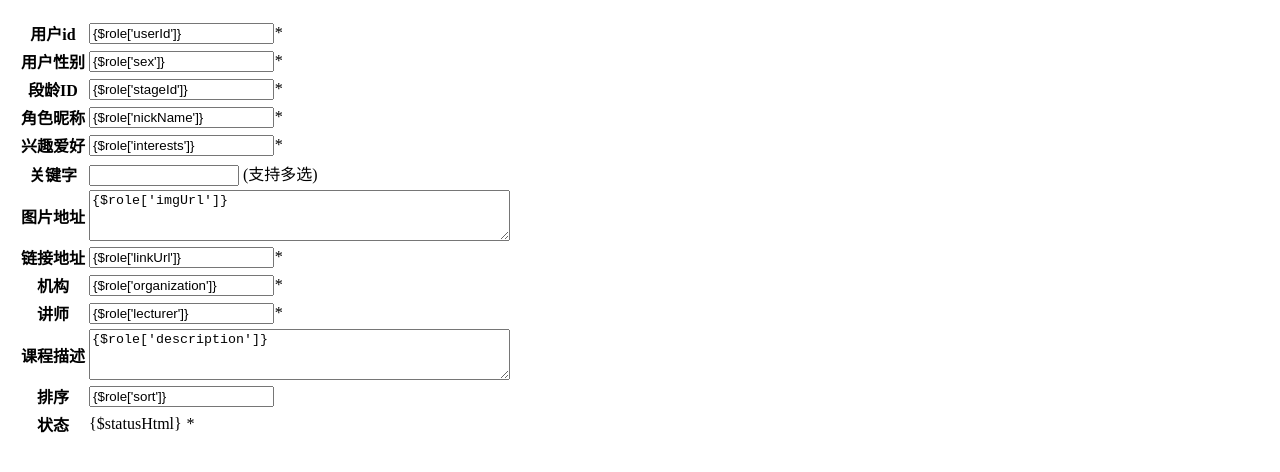
Repository: pridewu/hipi
Page: Education_dev_platform/branches/v1/Application/System/View/v1/Role/edit.html
These files come from the project's save history. The page is drawn as it stood at one moment and after the next save; the edit follows.
The browser window is 1280 px wide. The pictures show the whole page.

Above is the page before, as saved 2014-12-05 11:26:37.

After the next save:
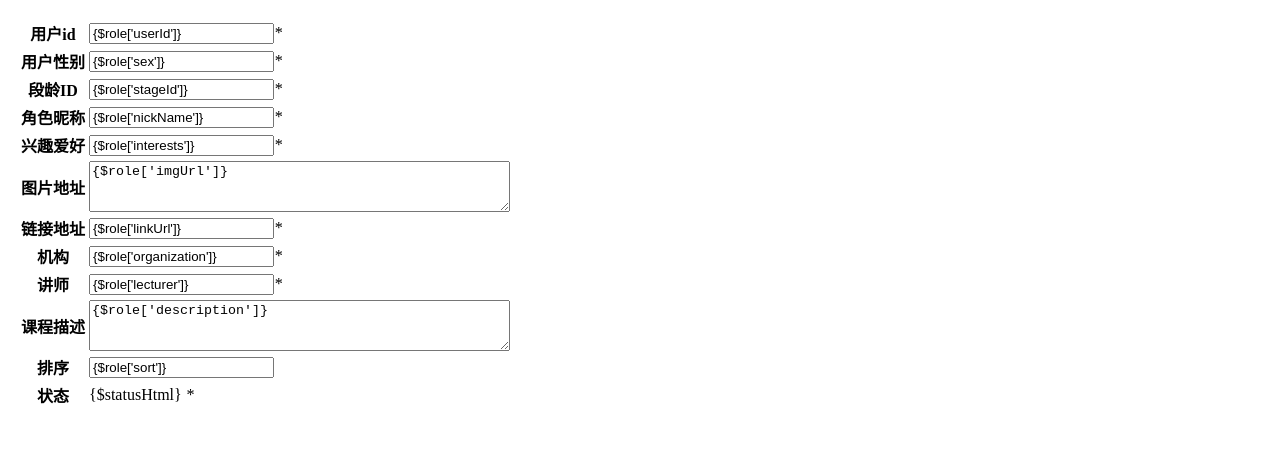
Saved 82 s later.
--- a/Education_dev_platform/branches/v1/Application/System/View/v1/Role/edit.html
+++ b/Education_dev_platform/branches/v1/Application/System/View/v1/Role/edit.html
@@ -30,10 +30,7 @@
 			<input type="text" id="interests" name="interests" value="{$role['interests']}"/><em>*</em>
 		</td>
 	</tr>
-	<tr><th>关键字</th><td>
-		<input type="hidden" id="aakeys" name="keys" value="{$role['keys']}"/>
-		<input id="combobox_keys"  class="easyui-combobox" data-options="valueField:'id',textField:'name'" style="width:150px" /> (支持多选)
-	</td></tr>
+
 	<tr>
 		<th>图片地址</th>
 		<td>
